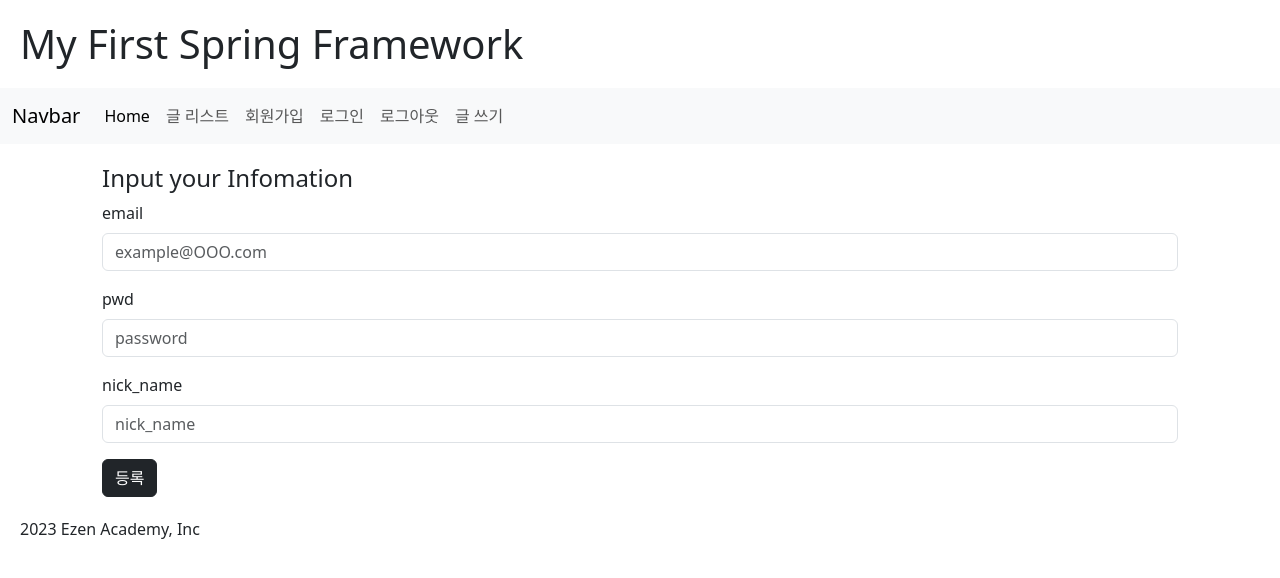
Repository: jinho0717/spring
Page: http://localhost/springProject/WEB-INF/views/member/register.jsp
The author's editor kept a copy of each file at every save. The page is drawn from the files as they stood at one save, then again after the next save.
The browser window is 1280 px wide. The pictures show the whole page.
The page is served by Tomcat 9. Nobody is signed in. Other server files are loaded and not shown. The template is opened directly, without the code that normally fills it, so the values that code supplies are empty.

Above is the page before, as saved 2023-10-27 10:30:49.

### springProject/src/main/webapp/WEB-INF/views/member/register.jsp
<%@ page language="java" contentType="text/html; charset=UTF-8"
    pageEncoding="UTF-8"%>
    <%@ taglib uri="http://java.sun.com/jsp/jstl/core" prefix="c" %>
<!DOCTYPE html>
<html>
<head>
<meta charset="UTF-8">
<title>Insert title here</title>
</head>
<body>
<jsp:include page="../common/header.jsp"></jsp:include>
<jsp:include page="../common/nav.jsp"></jsp:include>
<!-- email, pwd, nick_name -->
<div class="container">
<form action="/member/register" method="post">
	<h4>Input your Infomation</h4>
	<div class="mb-3">
	  <label for="e" class="form-label">email</label>
	  <input type="email" class="form-control" name="email" id="e" placeholder="example@OOO.com">
	</div>
	<div class="mb-3">
	  <label for="p" class="form-label">pwd</label>
	  <input type="password" class="form-control" name="pwd" id="p" placeholder="password">
	</div>
	<div class="mb-3">
	  <label for="n" class="form-label">nick_name</label>
	  <input type="text" class="form-control" name="nickName" id="p" placeholder="nick_name">
	</div>
	<button type="submit" class="btn btn-dark">등록</button>
</form>
</div>


<jsp:include page="../common/footer.jsp" />
</body>
</html>

### springProject/src/main/webapp/WEB-INF/views/common/header.jsp
<%@ page language="java" contentType="text/html; charset=UTF-8"
    pageEncoding="UTF-8"%>
     <%@ taglib uri="http://java.sun.com/jsp/jstl/core" prefix="c" %>
<!DOCTYPE html>
<html>
<head>
<meta charset="UTF-8">
<title>Insert title here</title>
<link href="https://cdn.jsdelivr.net/npm/bootstrap@5.3.1/dist/css/bootstrap.min.css" rel="stylesheet" integrity="sha384-4bw+/aepP/YC94hEpVNVgiZdgIC5+VKNBQNGCHeKRQN+PtmoHDEXuppvnDJzQIu9" crossorigin="anonymous">
<script src="https://cdn.jsdelivr.net/npm/bootstrap@5.3.1/dist/js/bootstrap.bundle.min.js" integrity="sha384-HwwvtgBNo3bZJJLYd8oVXjrBZt8cqVSpeBNS5n7C8IVInixGAoxmnlMuBnhbgrkm" crossorigin="anonymous"></script>
<style type="text/css">
h1 , p , h3, form{
margin: 20px
}
</style>
</head>
<body>
<h1>My First Spring Framework</h1>

</body>
</html>

### springProject/src/main/webapp/WEB-INF/views/common/nav.jsp
<%@ page language="java" contentType="text/html; charset=UTF-8"
    pageEncoding="UTF-8"%>
     <%@ taglib uri="http://java.sun.com/jsp/jstl/core" prefix="c" %>
<!DOCTYPE html>
<html>
<head>
<meta charset="UTF-8">
<title>Insert title here</title>

</head>
<body>
<header>
	<nav class="navbar navbar-expand-lg bg-body-tertiary">
  <div class="container-fluid">
    <a class="navbar-brand" href="#">Navbar</a>
    <button class="navbar-toggler" type="button" data-bs-toggle="collapse" data-bs-target="#navbarSupportedContent" aria-controls="navbarSupportedContent" aria-expanded="false" aria-label="Toggle navigation">
      <span class="navbar-toggler-icon"></span>
    </button>
    <div class="collapse navbar-collapse" id="navbarSupportedContent">
      <ul class="navbar-nav me-auto mb-2 mb-lg-0">
        <li class="nav-item">
          <a class="nav-link active" aria-current="page" href="/">Home</a>
        </li>
        <li class="nav-item">
          <a class="nav-link" href="/board/list">글 리스트</a>
        </li>
        <li class="nav-item">
          <a class="nav-link" href="/member/register">회원가입</a>
        </li>
        <li class="nav-item">
          <a class="nav-link" href="/member/login">로그인</a>
        </li>
        <li class="nav-item">
          <a class="nav-link" href="/member/logout">로그아웃</a>
        </li>
        <li class="nav-item">
          <a class="nav-link" href="/board/register">글 쓰기</a>
        </li>
      </ul>
    </div>
  </div>
</nav>
</header>
</body>
</html>

### springProject/src/main/webapp/WEB-INF/views/common/footer.jsp
<%@ page language="java" contentType="text/html; charset=UTF-8"
    pageEncoding="UTF-8"%>
    <%@ taglib uri="http://java.sun.com/jsp/jstl/core" prefix="c" %>
<!DOCTYPE html>
<html>
<head>
<meta charset="UTF-8">
<title>Insert title here</title>

</head>
<body>
<div>
	<p>2023 Ezen Academy, Inc</p>
</div>
</body>
</html>

After the next save:
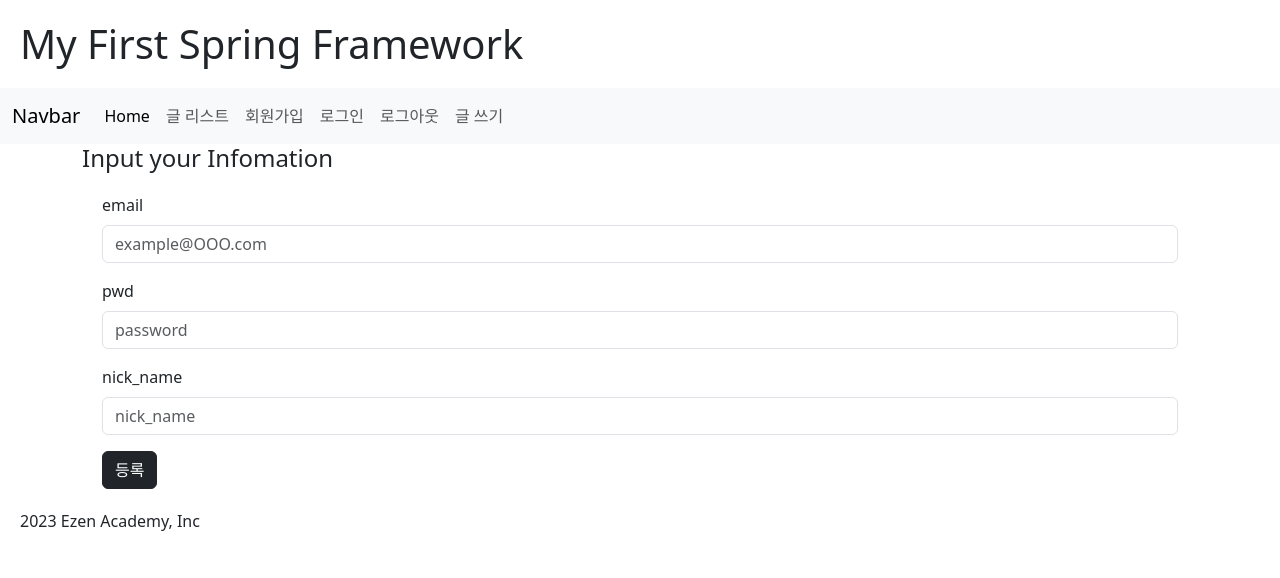
Saved 13 s later.
--- a/springProject/src/main/webapp/WEB-INF/views/member/register.jsp
+++ b/springProject/src/main/webapp/WEB-INF/views/member/register.jsp
@@ -12,8 +12,8 @@
 <jsp:include page="../common/nav.jsp"></jsp:include>
 <!-- email, pwd, nick_name -->
 <div class="container">
+	<h4>Input your Infomation</h4>
 <form action="/member/register" method="post">
-	<h4>Input your Infomation</h4>
 	<div class="mb-3">
 	  <label for="e" class="form-label">email</label>
 	  <input type="email" class="form-control" name="email" id="e" placeholder="example@OOO.com">
